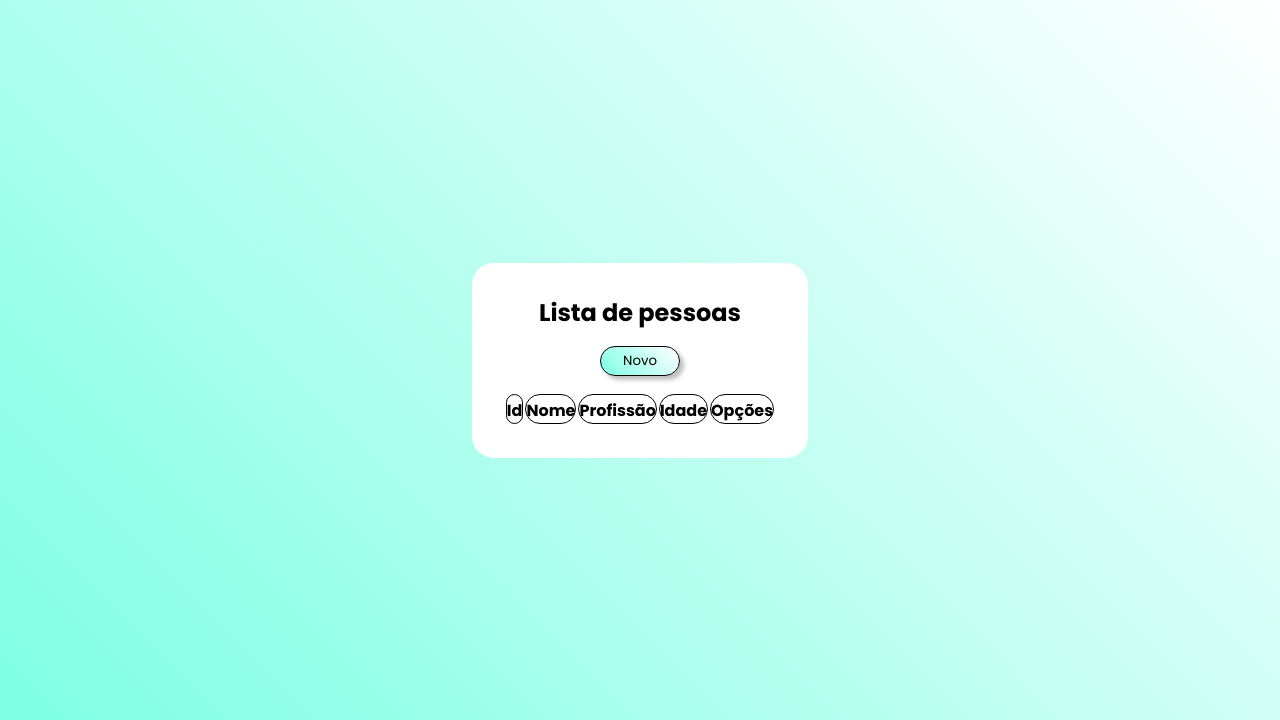
Repository: alef-torres/TesteUnicontrol
Page: http://localhost/desafioUnicontrol/main
An editor plug-in stored every save of this project. The page is shown before and after the next save, followed by the edit.
The browser window is 1280 px wide. The pictures show the whole page.
The page is served by Tomcat 9. Queries for data that is not in the repository find no rows.

Above is the page before, as saved 2024-02-10 23:06:33.

After the next save:
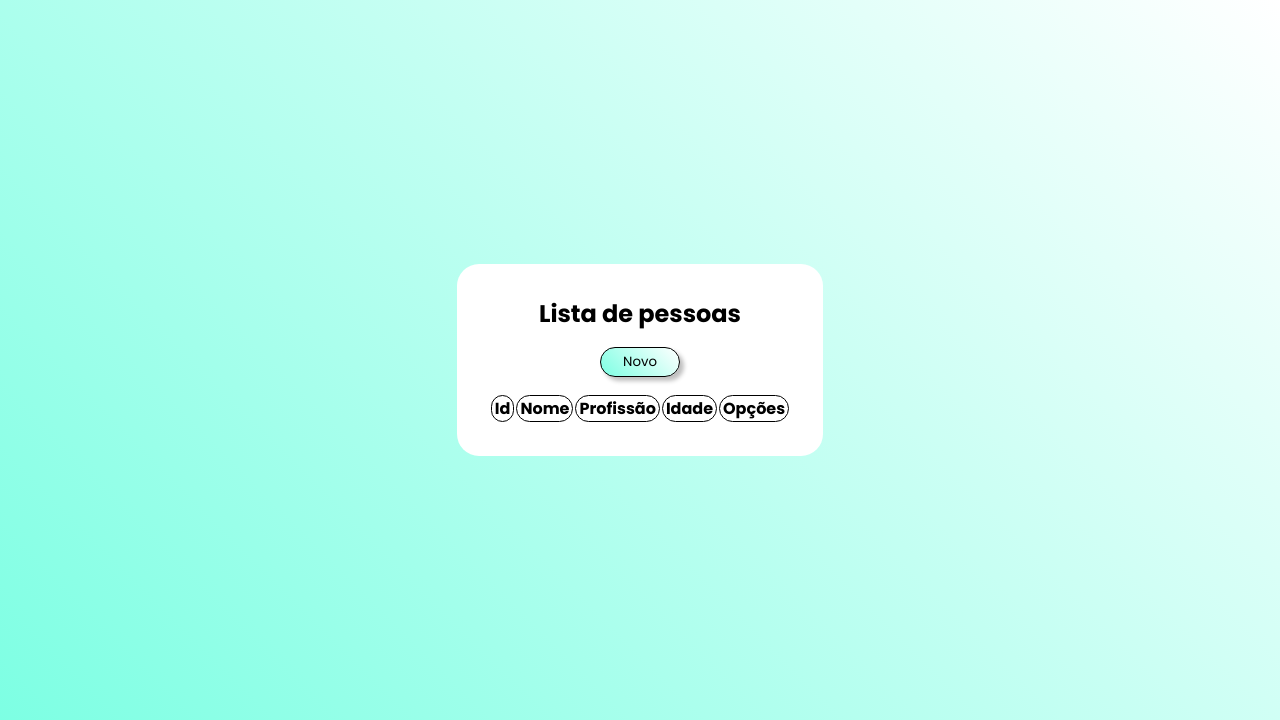
Saved 35 s later.
--- a/DesafioUnicontrol/desafioUnicontrol/src/main/webapp/estilo/pesquisa.css
+++ b/DesafioUnicontrol/desafioUnicontrol/src/main/webapp/estilo/pesquisa.css
@@ -81,6 +81,8 @@ a {
 th {
 	border: 1px solid black;
 	border-radius: 22px;
-	padding-top:3px;
+	padding-left: 3px;
+	padding-right: 3px;
+
 
 }
